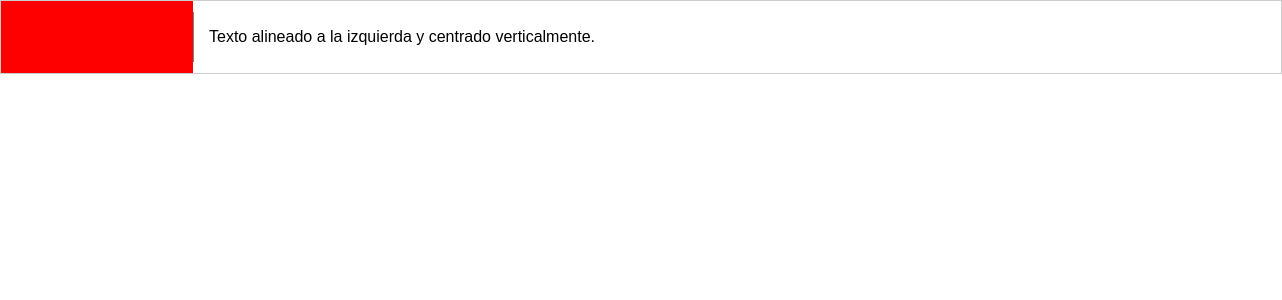
Repository: aCoupon0/intranet
Page: 1/gasto.html
An editor plug-in stored every save of this project. The page is shown before and after the next save, followed by the edit.
The browser window is 1280 px wide. The page is 1282 px wide, so the pictures cover 1282 px, including what lies to the right of the window. The pictures show the whole page.

Above is the page before, as saved 2024-12-11 11:16:13.

After the next save:
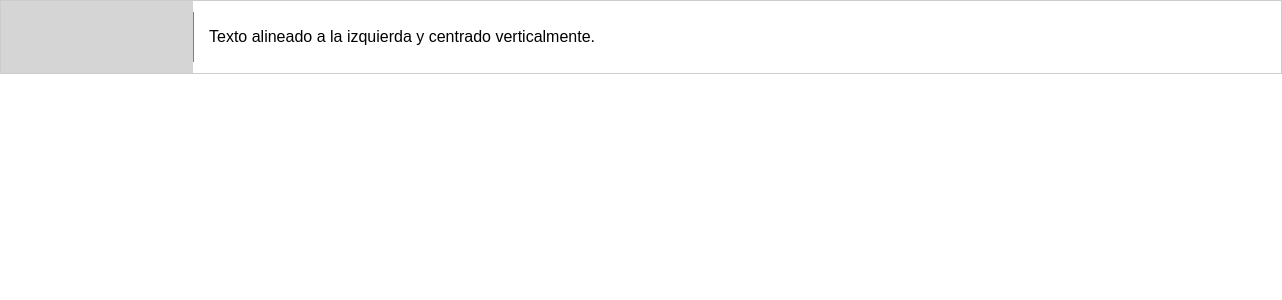
Saved 6 s later.
--- a/css/gasto.css
+++ b/css/gasto.css
@@ -12,7 +12,7 @@ body {
 .checkbox {
     width: 15vw;
     height: 100%;
-    background-color: rgb(255, 0, 0);
+    background-color: rgb(213, 213, 213);
     display: flex;
     justify-content: center;
     align-items: center;
